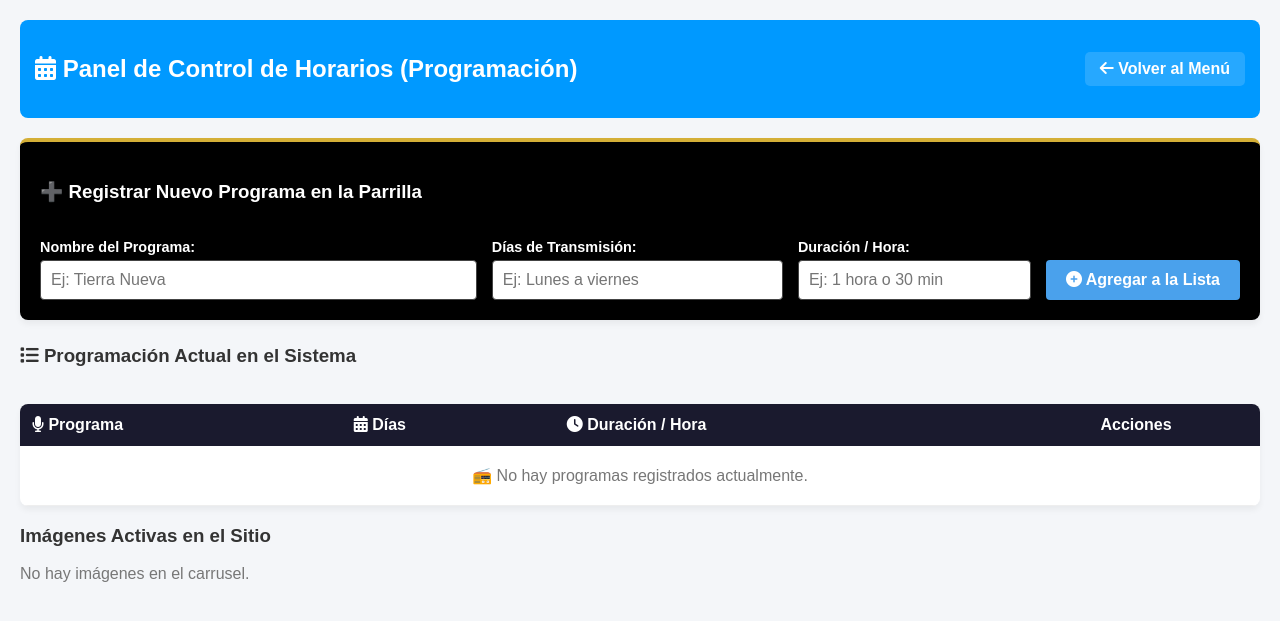
Repository: dalila777-xu/radiopakal1040am
Page: http://localhost/admin_programacion.php
These files come from the project's save history. The page is drawn as it stood at one moment and after the next save; the edit follows.
The browser window is 1280 px wide. The pictures show the whole page.
The page is run by PHP 8.4 with error messages shown; the project is at /var/www/html/. The session is filled in as if someone had signed in: {"usuario": "testuser", "nombre": "testuser"}. Queries for data that is not in the repository find no rows.

Above is the page before, as saved 2026-07-07 19:15:28.

After the next save:
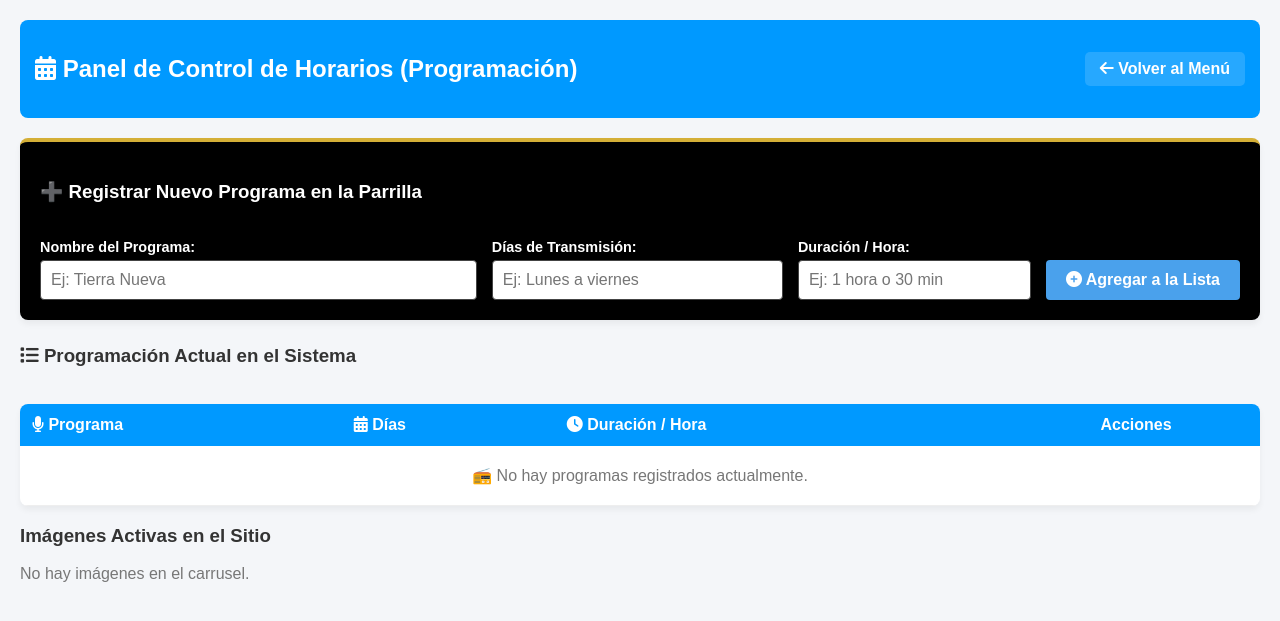
Saved 25 s later.
--- a/admin_programacion.php
+++ b/admin_programacion.php
@@ -94,7 +94,7 @@
         .btn-update { background: #D4AF37; color: #1a1a2e; }
         .btn-cancel { background: #666; color: white; text-decoration: none; padding: 11px 20px; border-radius: 4px; font-weight: bold; font-size: 0.9rem; display: inline-block; }
         table { width: 100%; border-collapse: collapse; background: white; border-radius: 8px; overflow: hidden; box-shadow: 0 4px 6px rgba(0,0,0,0.05); }
-        th { background: #1a1a2e; color: white; padding: 12px; text-align: left; }
+        th { background: #0099FF; color: white; padding: 12px; text-align: left; }
         td { padding: 12px; border-bottom: 1px solid #eee; }
         tr:hover td { background: #fdf9f0; }
         .actions-btns a { text-decoration: none; padding: 5px 10px; border-radius: 4px; font-size: 0.85rem; font-weight: bold; margin-right: 5px; display: inline-block; }

After the save that followed:
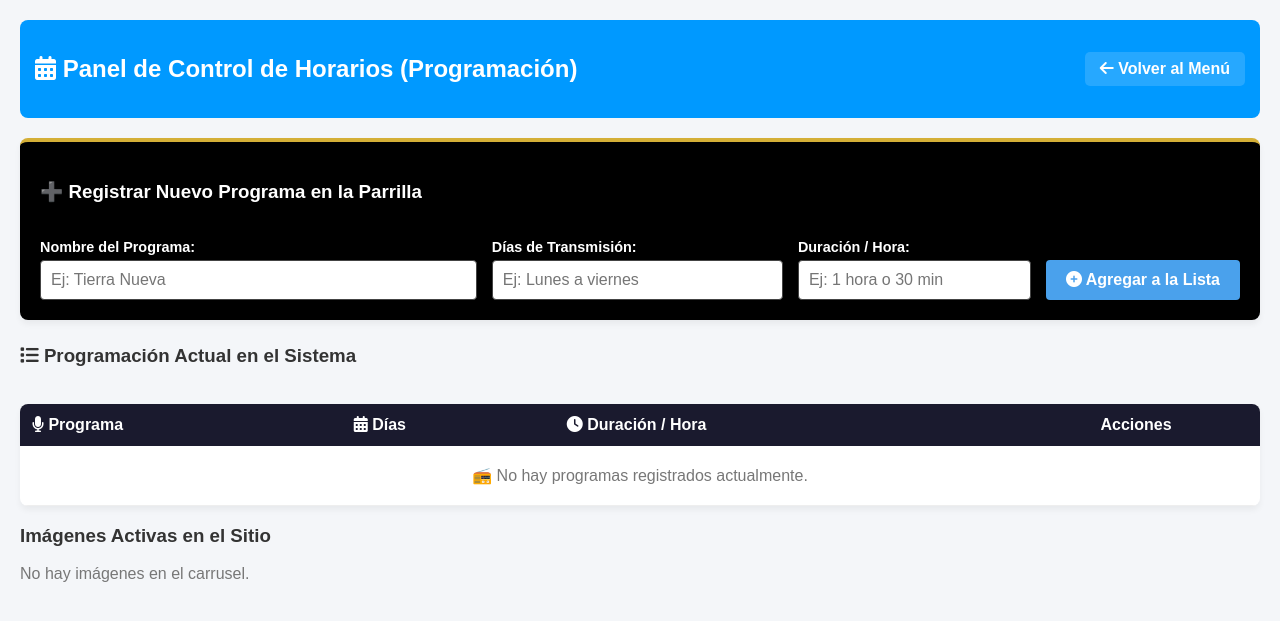
Saved 15 s later.
--- a/admin_programacion.php
+++ b/admin_programacion.php
@@ -94,7 +94,7 @@
         .btn-update { background: #D4AF37; color: #1a1a2e; }
         .btn-cancel { background: #666; color: white; text-decoration: none; padding: 11px 20px; border-radius: 4px; font-weight: bold; font-size: 0.9rem; display: inline-block; }
         table { width: 100%; border-collapse: collapse; background: white; border-radius: 8px; overflow: hidden; box-shadow: 0 4px 6px rgba(0,0,0,0.05); }
-        th { background: #0099FF; color: white; padding: 12px; text-align: left; }
+        th { background: #1a1a2e; color: white; padding: 12px; text-align: left; }
         td { padding: 12px; border-bottom: 1px solid #eee; }
         tr:hover td { background: #fdf9f0; }
         .actions-btns a { text-decoration: none; padding: 5px 10px; border-radius: 4px; font-size: 0.85rem; font-weight: bold; margin-right: 5px; display: inline-block; }
